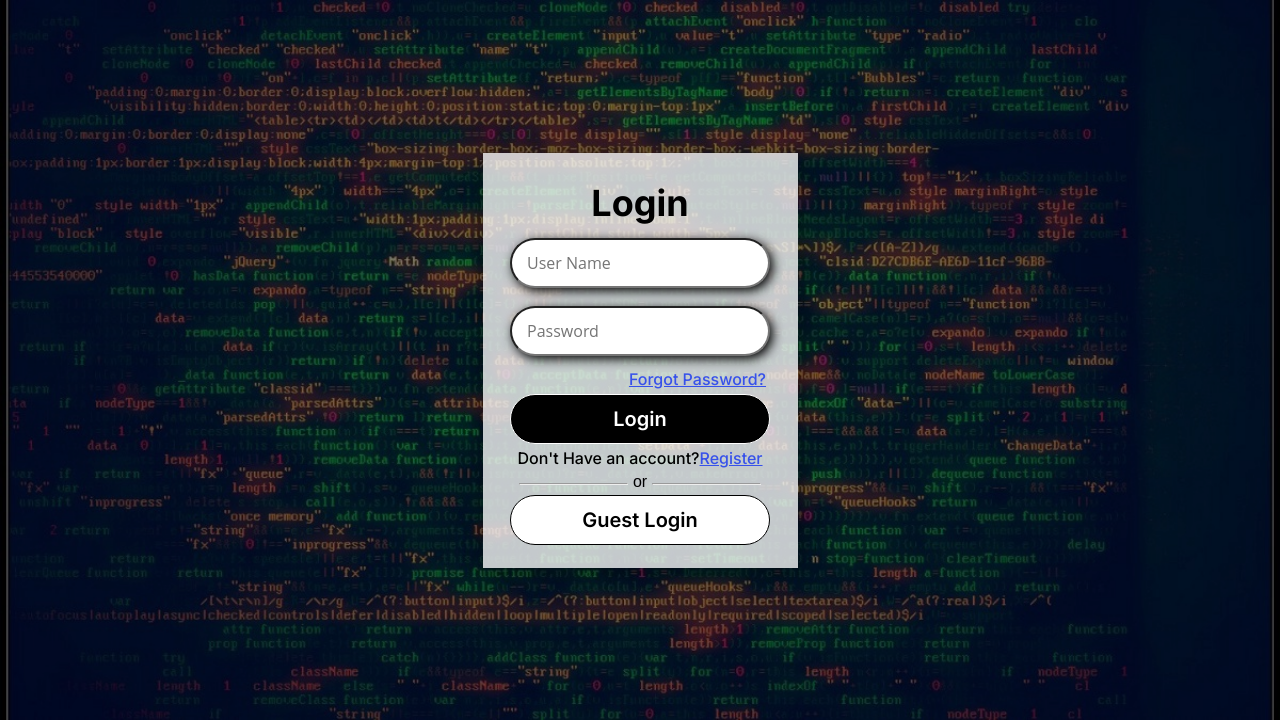
Repository: Cherced/virtualassistant
Page: /Login
An editor plug-in stored every save of this project. The page is shown before and after the next save, followed by the edit.
The browser window is 1280 px wide. The pictures show the whole page.
The project was rebuilt for these pictures with package versions that can differ from the ones it lists, and the page was loaded fresh each time. The framework's server and built-in components were replaced by stand-ins that run in the browser.

Above is the page before, as saved 2022-07-16 16:38:55.

### pages/_app.js
import '../sass/global.scss';


const MyApp = ({ Component, pageProps }) => {
    return <Component {...pageProps} />
  }


export default MyApp

### pages/_document.js
import { Html, Head, Main, NextScript } from 'next/document'

export default function Document() {

  return (
    <Html lang="en">
      <Head />
      <body>
        <Main />
        <div id="portal"></div>
        <NextScript />
      </body>
    </Html>
  )
}

### pages/Login.jsx
import React from 'react'
import { LoginForm } from '../components/molecules/login/LoginForm'

const Login = () => {
  return (
    <div className="login">
        <LoginForm/>
    </div>
  )
}

export default Login

### sass/global.scss
@import './vars';
@import './components';
@import './pages/draft';
@import './pages/welcome';
@import './pages/welcomeS';
@import './pages/login';

### components/molecules/login/LoginForm.jsx
import React from 'react'
import Link from 'next/link'
import { BasicInput } from '../../atoms/inputs/BasicInput'
import { BasicButton } from '../../atoms/buttons/BasicButton'

export const LoginForm = () => {
    const sendUserAuth = () => {
        console.log("SEEEENDEED")
    }
  return (
    <form className="loginForm" onSubmit={()=> sendUserAuth()}>
        <h1 className="loginForm__title--h1">Login</h1>
        <div className="loginForm__inputs--container">
        <BasicInput type="text" placeholder="User Name" id="user" name="user" />
        <BasicInput type="password" placeholder="Password" id="passWord" name="passWord" />
        </div>
        <Link href="#">
        <a className="loginForm__ancord">Forgot Password?</a>
        </Link>
        <BasicButton color="black" type="submit" title="Login"/>
        <div className="loginForm__info">
        <label className="loginForm__label">Don't Have an account?
        <Link href="#">
          <a     className="loginForm__ancord label">Register</a>
        </Link>
        </label>
        </div>
          <div className="loginForm__separator">
          <hr className="loginForm__line"/>
          <label  className="loginForm__label--or" >or</label>
          <hr className="loginForm__line"/>
        </div>
        <BasicButton color="white" type="button" title="Guest Login"/>
    </form>
  )
}

### sass/_vars.scss
@import url('https://fonts.googleapis.com/css2?family=Inter:wght@100;200;300;500;600;700;800;900&family=Roboto:ital,wght@0,100;0,300;0,400;0,500;0,700;0,900;1,100;1,300;1,400;1,500;1,700;1,900&display=swap');
@import url('https://fonts.googleapis.com/css2?family=Roboto:ital,wght@0,100;0,300;0,400;0,500;0,700;0,900;1,100;1,300;1,400;1,500;1,700;1,900&family=Ubuntu:ital,wght@0,300;0,400;0,500;0,700;1,300;1,400;1,500;1,700&display=swap');

$mainColor: black;
$mainTextColor: white;
$mainFont: 'Inter';
$subTitle: 'Roboto';


*{
    box-sizing: border-box;
    margin: 0;
    padding: 0;
    font-family: Arial, Helvetica, sans-serif;
}

### sass/_components.scss
@import './components/headers/welcomeHeader';
@import './components/carrousels/carrousel';
@import './components/buttons/nextButton';
@import './components/buttons/basicButton';
@import './components/inputs/basicInput';

### sass/components/headers/_welcomeHeader.scss
.brand {
  width: 100%;
  min-height: 500px;
  display: flex;
  background: black;
  border-radius: 0 0 100px 100px;
  box-shadow: 6px 6px 20px 3px rgba(0, 0, 0, 0.2);
  justify-content: center;
  align-items: center;

  .brand__elipse--container {
    display: none;
  }

  .brand__img {
    z-index: 2;
    object-fit: cover;
  }
}

@media screen and (min-width: 1024px) {
  .brand {
    background-repeat: no-repeat;
    background-position: center;
    background-position-y: -200px;
    border-radius: none;
    background-image: url('../../../public/img/Ellipse.png');
    background: linear-gradient(180deg, #000000, #ffffff, #7d7777, #ececec, #7b7b7b, #000000, #545454, #e1e1e1, #e1e1e1);
    background-size: 1800% 1800%;

    -webkit-animation: AnimationName 27s ease infinite;
    -moz-animation: AnimationName 27s ease infinite;
    animation: AnimationName 27s ease infinite;


  .brand__elipse--container {
    display: block;
    position: absolute;
    top: -193px;
    z-index: 1;
  }
  }


@-webkit-keyframes AnimationName {
  0%{background-position:0% 68%}
  50%{background-position:100% 33%}
  100%{background-position:0% 68%}
}
@-moz-keyframes AnimationName {
  0%{background-position:0% 68%}
  50%{background-position:100% 33%}
  100%{background-position:0% 68%}
}
@keyframes AnimationName {
  0%{background-position:0% 68%}
  50%{background-position:100% 33%}
  100%{background-position:0% 68%}
}

}

### sass/components/carrousels/_carrousel.scss
.carrousel {
    max-width: 500px;
    height: auto;
    min-width: 300px;
    overflow: hidden;

    .slider {
        position: relative;
        display: flex;
        width: 200%;
        height: 100%;
    }

    .carrousel__list {
        list-style: none;
        display: flex;
        flex-direction: column;
        width: 100%;

        .carrousel__list--item {
            width: 100%;
            display: flex;
            flex-direction: row;
            align-items: center;
            justify-content: center;

            .carrousel__item--title {
                font-family: $subTitle;
                font-style: normal;
                font-weight: 500;
                font-size: 20px;
                line-height: 24px;
                text-align: center;
                letter-spacing: 0.04em;
                margin-bottom: 30px;
            }

            .carrousel__item--parragraph {
                font-style: normal;
                font-weight: 400;
                font-size: 15px;
                line-height: 18px;
                text-align: center;
                letter-spacing: 0.04em;
                font-family: $mainFont;
                color: #0F184D;
                padding: 0 30px;
                text-align: center;
            }
        }
    }
}

### sass/components/buttons/_nextButton.scss
.button__next {
    display: flex;
    width: auto;
    min-width: 100px;
    height: 50px;
    justify-content: space-around;
    align-items: center;
    background: black;
    color: white;
    border-radius: 100px;
    padding: 0 0 0 30px;
    box-shadow: 5px 5px 10px 0px black;
    cursor: pointer;
    font-family: $mainFont;
    font-size: 16px;


    .button__next--Arrow {
        width: 50px;
        height: 50px;
        display: flex;
        align-items: center;
        justify-content: center;
        background: $mainTextColor;
        border-radius: 100px;
        margin-left: 10px;

        .next__arrow--h1 {
            padding: 10px;
            color: $mainColor;
            font-family: $mainFont;
        }
    }

}

### sass/components/buttons/_basicButton.scss
.basic__button {
    width: 260px;
    height: 50px;
    border-radius: 30px;
}

.black {
    background: black;
    border: 1px solid white;
    font-family: $mainFont;
    font-style: normal;
    font-weight: 600;
    font-size: 20px;
    line-height: 30px;
    text-align: center;
    color: #FFFFFF;
}

.white{
    background: white;
    border: 1px solid black;
    font-family: $mainFont;
    font-style: normal;
    font-weight: 600;
    font-size: 20px;
    line-height: 30px;
    text-align: center;
    color: black;
}

### sass/components/inputs/_basicInput.scss
.basicInput {
    width: 260px;
    height: 50px;
    border-radius: 30px;
    padding-left: 15px;
    box-shadow: 3px 3px 11px 0px black;
    // letter style:
    font-family: 'Open Sans';
    font-style: normal;
    font-weight: 400;
    font-size: 16px;
    line-height: 22px;
    text-align: start;
    color: #848484;

}

### sass/pages/_draft.scss

.Draft{
    display: flex;
    align-self: center;
    width: 100%;
    justify-content: center;
    height: 100vh;
    flex-direction: column;
    align-items: center;
}

### sass/pages/_welcome.scss
.welcome {
    width: 100%;
    height: 100vh;
    display: flex;
    flex-direction: column;
    align-items: center;
    box-shadow: 7px 8px 20px 7px black;
    justify-items: center;
    justify-content: space-between;

    .main__Content--welcome {
        width: 100%;
        height: 100%;
        display: flex;
        justify-content: center;
        flex-direction: column;
        align-items: center;

        .main__Content--title {
            font-family: $mainFont;
            font-style: normal;
            font-weight: 600;
            font-size: 30px;
            line-height: 18px;
            text-align: center;
            letter-spacing: 0.04em;

            color: #0F184D;
            margin: 30px 0;
        }
    }

    .NavButtons {
        display: flex;
        width: 100%;
        align-items: center;
        justify-content: space-between;
        padding: 0 30px;
        margin: 20px 0;

        .NavButtons__ancord {
            text-decoration: none;
            font-style: normal;
            font-weight: 400;
            font-size: 15px;
            line-height: 18px;
            letter-spacing: 0.04em;
            font-family: $mainFont;
            color: #000000;
        }
    }
}

### sass/pages/_welcomeS.scss
.welcomeS {
    height: 100vh;
    background: linear-gradient(333.49deg, #000000 55.66%, rgba(217, 217, 217, 0) 92.17%);
    display: flex;
    flex-direction: column;
    align-items: center;
    justify-content: space-around;

    .welcomeS__header {
        width: 100%;
        height: 50%;
        display: flex;
        align-items: center;
        justify-content: center;

        .welcomeS__header--img {
            width: 350px;
            height: 450px;
            object-fit: cover;
            border-radius: 100px 0 100px 0;
        }
    }

    .welcomeS__main {
        width: 90%;
        color: white;
        display: flex;
        align-items: center;
        justify-content: center;

        .welcomeS__main--title {
            text-align: center;
            font-family: $mainFont;
            font-style: normal;
            font-weight: 400;
            font-size: 24px;
            line-height: 29px;
            letter-spacing: 0.07em;
        }
    }
}

### sass/pages/_login.scss
.login {
    width: 100%;
    height: 100vh;
    display: flex;
    align-items: center;
    justify-content: center;
    background-image: url('../../public/img/LoginBg.png');
    background-repeat: no-repeat;
    background-size: cover;

    .loginForm {
        background: rgba(255, 255, 255, 0.77);
        box-shadow: 0px 4px 20px rgba(0, 0, 0, 0.4);
        width: 315px;
        height: 415px;
        display: flex;
        flex-direction: column;
        align-items: center;
        justify-content: center;

        .loginForm__title--h1 {
            font-style: normal;
            font-weight: 700;
            font-size: 36px;
            line-height: 54px;
            font-family: $mainFont;
            text-align: center;
            color: #000000;
        }

        .loginForm__inputs--container {
            display: flex;
            flex-direction: column;
            align-items: center;
            justify-content: space-around;
            height: 135px;
        }

        .loginForm__ancord {
            margin: 5px 0;
            width: 80%;
            font-family: $mainFont;
            font-style: normal;
            font-weight: 400;
            font-size: 16px;
            line-height: 19px;
            text-align: end;
            color: #3751EA;

        }
        .loginForm__info{
            margin: 5px 0;
            .loginForm__label {

                font-family: $mainFont;
                font-style: normal;
                font-weight: 400;
                font-size: 16px;
                line-height: 19px;
                text-align: end;
                color: black;
            }
        }

        .loginForm__separator {
            width: 80%;
            display: flex;

            .loginForm__line {
                width: 50%;
                margin: 10px 5px;
                color: #000000;
            }

            .loginForm__label--or {
                color: #000000;
            }

        }


    }
}

### components/atoms/inputs/BasicInput.jsx
import React from 'react'

export const BasicInput = (props) => {
  return (
    <input className="basicInput" type={props.type} id={props.id} name={props.name} placeholder={props.placeholder}/>
  )
}

### components/atoms/buttons/BasicButton.jsx
import React from 'react'

export const BasicButton = (props) => {
  return (
    <button onSubmit={props.onSubmit} onClick={props.onClick} className={`basic__button ${props.color}`} type={props.type} aria-label={props.aria}>
      {props.title}
    </button>
  )
}

After the next save:
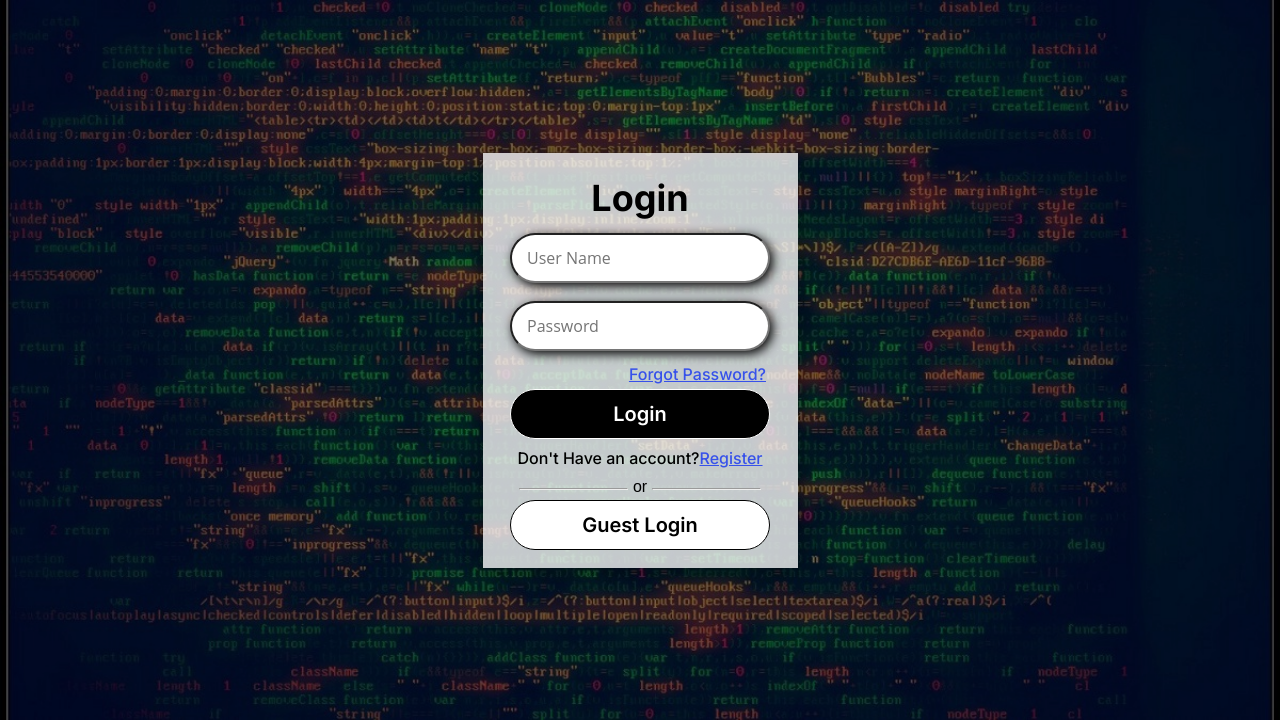
Saved 34 s later.
--- a/sass/pages/_login.scss
+++ b/sass/pages/_login.scss
@@ -49,7 +49,7 @@
 
         }
         .loginForm__info{
-            margin: 5px 0;
+            margin: 10px 0;
             .loginForm__label {
 
                 font-family: $mainFont;
